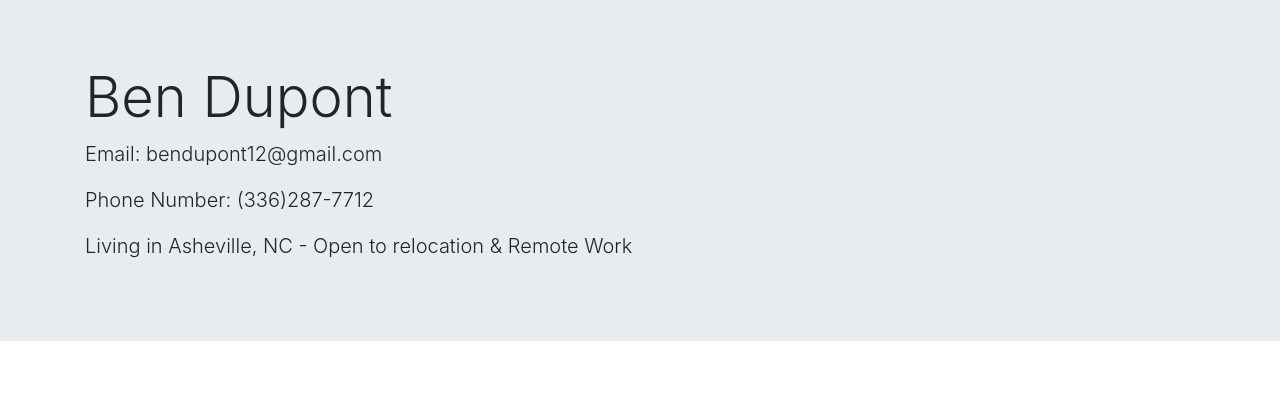
Repository: dupbd/portfolioWebPage
Page: BensSite/src/main/resources/static/contact.html
An editor plug-in stored every save of this project. The page is shown before and after the next save, followed by the edit.
The browser window is 1280 px wide. The pictures show the whole page.

Above is the page before, as saved 2021-02-04 00:19:48.

### BensSite/src/main/resources/static/contact.html
<!DOCTYPE html>
<html>
<head>
	<title>Ben Dupont</title>
	<link rel="stylesheet" href="style.css">
	<link rel="stylesheet" href="https://cdn.jsdelivr.net/npm/bootstrap@4.5.3/dist/css/bootstrap.min.css" integrity="sha384-TX8t27EcRE3e/ihU7zmQxVncDAy5uIKz4rEkgIXeMed4M0jlfIDPvg6uqKI2xXr2" crossorigin="anonymous">
</head>
<body>



<div class="jumbotron jumbotron-fluid">
<div class="container">
<h1 class="display-4">Ben Dupont</h1>
<p class="lead">Email: bendupont12@gmail.com</p>
<p class="lead">Phone Number: (336)287-7712</p>
<p class="lead">Living in Asheville, NC - Open to relocation & Remote Work</p>
</div>
</div>

</body>

</html>

Loaded but not shown: BensSite/src/main/resources/static/style.css (no copy from this time; the picture is the same without it)

After the next save:
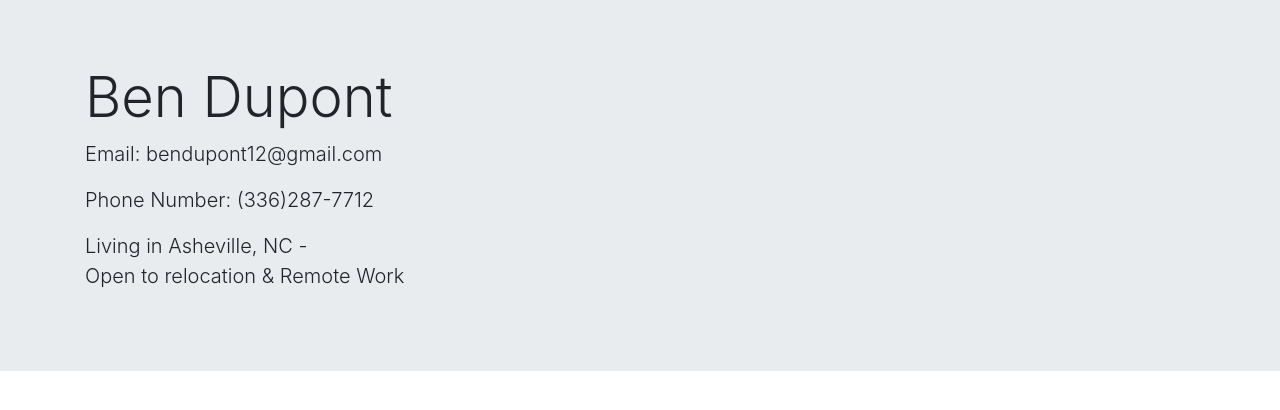
Saved 20 s later.
--- a/BensSite/src/main/resources/static/contact.html
+++ b/BensSite/src/main/resources/static/contact.html
@@ -14,7 +14,7 @@
 <h1 class="display-4">Ben Dupont</h1>
 <p class="lead">Email: bendupont12@gmail.com</p>
 <p class="lead">Phone Number: (336)287-7712</p>
-<p class="lead">Living in Asheville, NC - Open to relocation & Remote Work</p>
+<p class="lead">Living in Asheville, NC - <br>Open to relocation & Remote Work</p>
 </div>
 </div>
 
